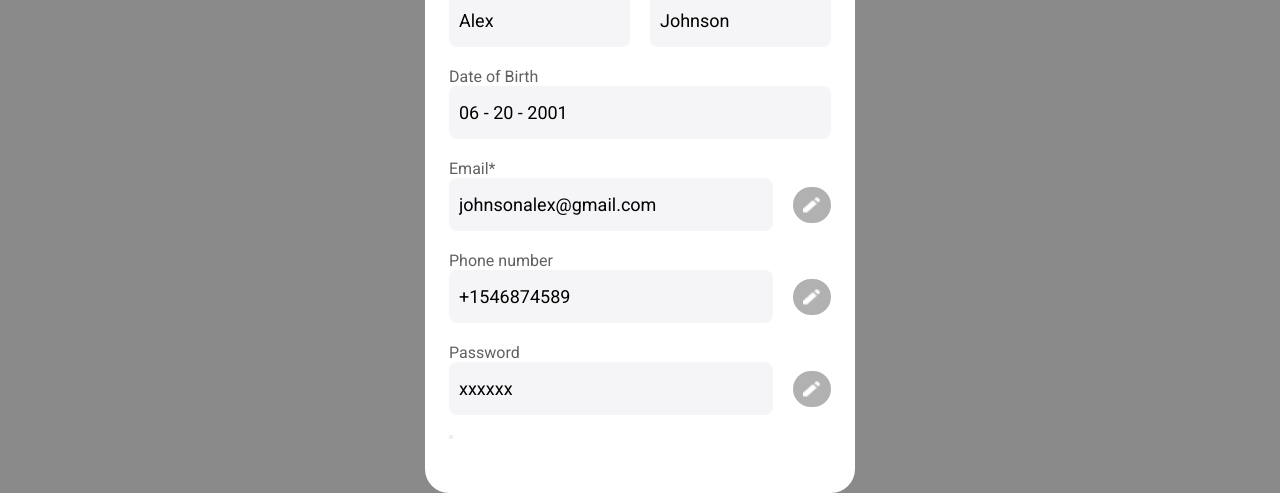
Repository: AytacSafarova/Task-figma-ui
Page: index.html
These files come from the project's save history. The page is drawn as it stood at one moment and after a run of saves; the edit follows.
The browser window is 1280 px wide. The pictures show the part of the page from y = 300 to 808 px (the page is 793 px tall before and 808 px after).

Above is the page before, as saved 2023-02-25 17:14:00.

### index.html
<html lang="en">
  <head>
    <meta charset="UTF-8" />
    <meta http-equiv="X-UA-Compatible" content="IE=edge" />
    <meta name="viewport" content="width=device-width, initial-scale=1.0" />
    <link rel="stylesheet" href="./index.css" />
    <title>Document</title>
  </head>
  <body>
    <div class="container">
      <header>
        <svg
          xmlns="http://www.w3.org/2000/svg"
          width="50"
          height="50"
          fill="white"
          class="bi bi-arrow-left"
          viewBox="0 0 16 16"
        >
          <path
            fill-rule="evenodd"
            d="M15 8a.5.5 0 0 0-.5-.5H2.707l3.147-3.146a.5.5 0 1 0-.708-.708l-4 4a.5.5 0 0 0 0 .708l4 4a.5.5 0 0 0 .708-.708L2.707 8.5H14.5A.5.5 0 0 0 15 8z"
          />
        </svg>
        <div>
          <img
            class="avatar"
            src="https://s3-alpha-sig.figma.com/img/2959/89d1/9399ddb7918787ce231f61f9f97ea15b?Expires=1678060800&Signature=C0xFk0h0GI2fI57mIl2Cuhcw9C9DeaDP8Xh22a-eODWN7iSqePwfoeLfXFsw~IB6Ese5ln8LiVrVlhaY3yw~d8Dm6ruKjnM3KalJKEl13uGPoxsW6VkIzsV~XGqpju7Iyb1xsyMSHtG8yI6VMWldnPCjpLq92sj6Axz7ZpRXlxPBoNRbvPcvU~Vd5l8kXx2V67k-gkfoVdUzlOFqDgxw~hcIze3XfzWbqXykXSXDit76bF9ITX6K0DEPn6dScwHg04R4zd5oQMKrY6wMr5HT8-IYTkAgJ6ccXmgX1W4cQ6nlwhDqtiKcVc9BA8viMZhZ9Cu2cURa-73BLVnzPjvjhw__&Key-Pair-Id=APKAQ4GOSFWCVNEHN3O4"
            alt=""
          />
          <div class="circle">
            <img class="vector" src="./images/Vector (1).svg" alt="" />
          </div>
        </div>
        <h1>Alex Johnson</h1>
      </header>
      <form action="">
        <div class="form_title collaj">
          <div class="name">
            <label> First Name </label>

            <input type="text" value="Alex" name="name" />
          </div>
          <div>
            <label> Last Name </label>

            <input type="text" value="Johnson" name="name" />
          </div>
        </div>
        <div class="collaj">
          <label> Date of Birth </label>

          <input type="text" value="06 - 20 - 2001" name="name" />
        </div>
        <div class="collaj">


                <div class="inputLabel collaj">
            <label> Email* </label>
            <div class="iconCollaj">

            <input type="email" value="johnsonalex@gmail.com" name="name" />
        <div class="circle">
            <img class="vector" src="./images/Vector.png" alt="" />
          </div>
          </div>
        </div>

        <div class="inputLabel collaj">
            <label> Phone number </label>
            <div class="iconCollaj">

            <input type="text" value="+1546874589" name="name" />
        <div class="circle">
            <img class="vector" src="./images/Vector.png" alt="" />
          </div>
          </div>
        </div>

        <div class="inputLabel collaj">
            <label> Password </label>
            <div class="iconCollaj">

            <input type="email" value="xxxxxx" name="name" />
        <div class="circle">
            <img class="vector" src="./images/Vector.png" alt="" />
          </div>
          </div>
        </div>
<button type=""></button>

      </form>
    </div>
  </body>
</html>

### index.css
@import url("https://fonts.googleapis.com/css2?family=Roboto:wght@500&display=swap");
@import url('https://fonts.googleapis.com/css2?family=Roboto:wght@400;500&display=swap');
* {
  margin: 0;
  padding: 0;
  box-sizing: border-box;
  font-family: Roboto;
}

body {
  background-color: #8a8a8a;
}
.container {
  width: 430px;
  height: 300px;
  margin: auto;
  border-radius: 24px;
  background: url("https://s3-alpha-sig.figma.com/img/57b8/21bf/6524281b206b72b0a1e17ab08fcf408b?Expires=1678060800&Signature=dZr-K2lwCE5Ckigf8QIxtUhl4TSk0ueejeN7rzCABBnDdToaoYx6nvx2pfkPRKs3~RrBl3GVAyqyEErQNYz-m44bJhV8wbvuoMJ49wxPzzn9-0Sgw35hLz0NSfZkSt4I9YBHM~4CtEH9RewWUhYXG7wU~Q673cPwz~8AbHmEhhuf-W5gD7fRQ91oeiRSaWbOoqbtEVegcvQSyFqxg~x0XWy320~T2FflFitpdu8m3Dna8qcPfX-R6h4CRemO9pB3ltmRu5sw~9qQqcKZLnXpAYFp~rEi~s35MusP6q3sR1inW15SvQsk31uTd5wMDaGITWMuBbP8cCNfFlhLJKeYrA__&Key-Pair-Id=APKAQ4GOSFWCVNEHN3O4");
}
header {
  padding-top: 37px;
  padding-left: 10px;
}
.avatar {
  width: 90px;
  height: 90px;
  border-radius: 50%;
  object-fit: fill;
}
.circle {
  width: 37.95px;
  height: 36px;

  border-radius: 24px;
  padding: 10px;
  background-color: #b1b1b1;
}
.vector {
  width: 17.95px;
  height: 16px;
}
h1 {
  font-family: Roboto;
  font-size: 24px;
  line-height: 28px;
  letter-spacing: 1%;
  color: #ffffff;
  text-align: center;
}
form {
  padding: 34px 24px ;
  background-color: #ffffff;
  border-radius: 24px;
}
.form_title{
    display: flex;
}
.form_title input{
    width: 181px;
    height: 53px;
}
input {
  background-color: #f5f5f7;
 width: 100%;
  padding-top: 16px;
  padding-bottom: 16px;
padding-left: 10px;
  border: none;
  border-radius: 8px;
  font-weight: 400;
  color: #000000
  ;
  font-size: 18px;
}
label{
    display: block;
    color: #616161
    ;
}
.name{
    margin-right: 20px;
}
.collaj{
    margin-bottom: 20px;
}
.iconCollaj{
    display: flex;
}
.iconCollaj .circle{
    margin: auto;
    margin-left: 20px;
}
.inputLabel input{
    Width:
337px;
Height:
53px;
}

After the next 2 saves:
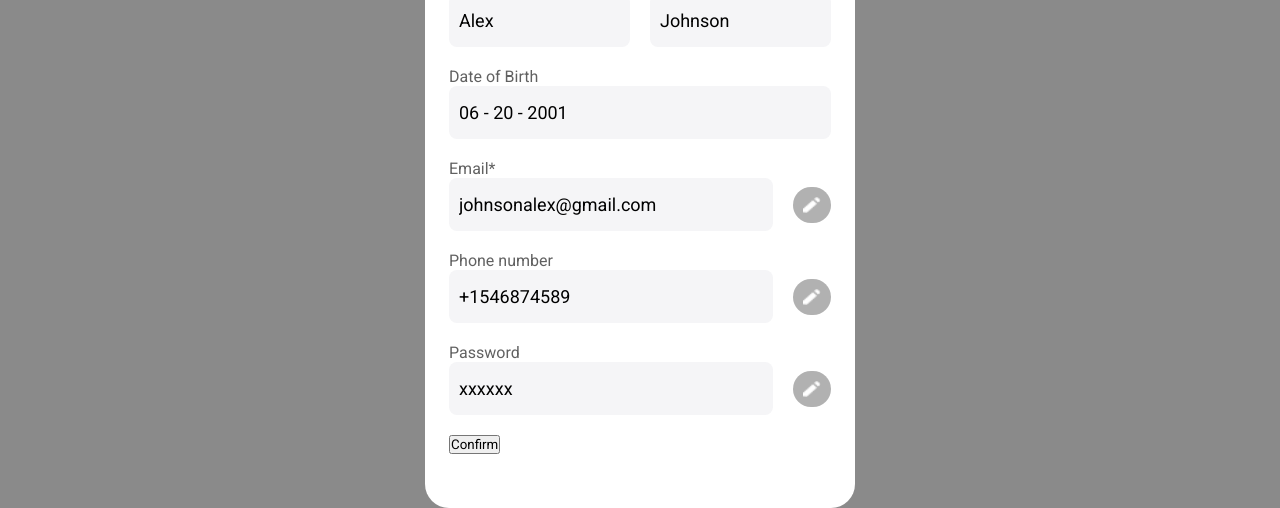
The 2 saves are shown as one change because they came seconds apart.
The last was saved 7 s later.
--- a/index.html
+++ b/index.html
@@ -87,7 +87,7 @@
           </div>
           </div>
         </div>
-<button type=""></button>
+<button type="submit">Confirm</button>
 
       </form>
     </div>
